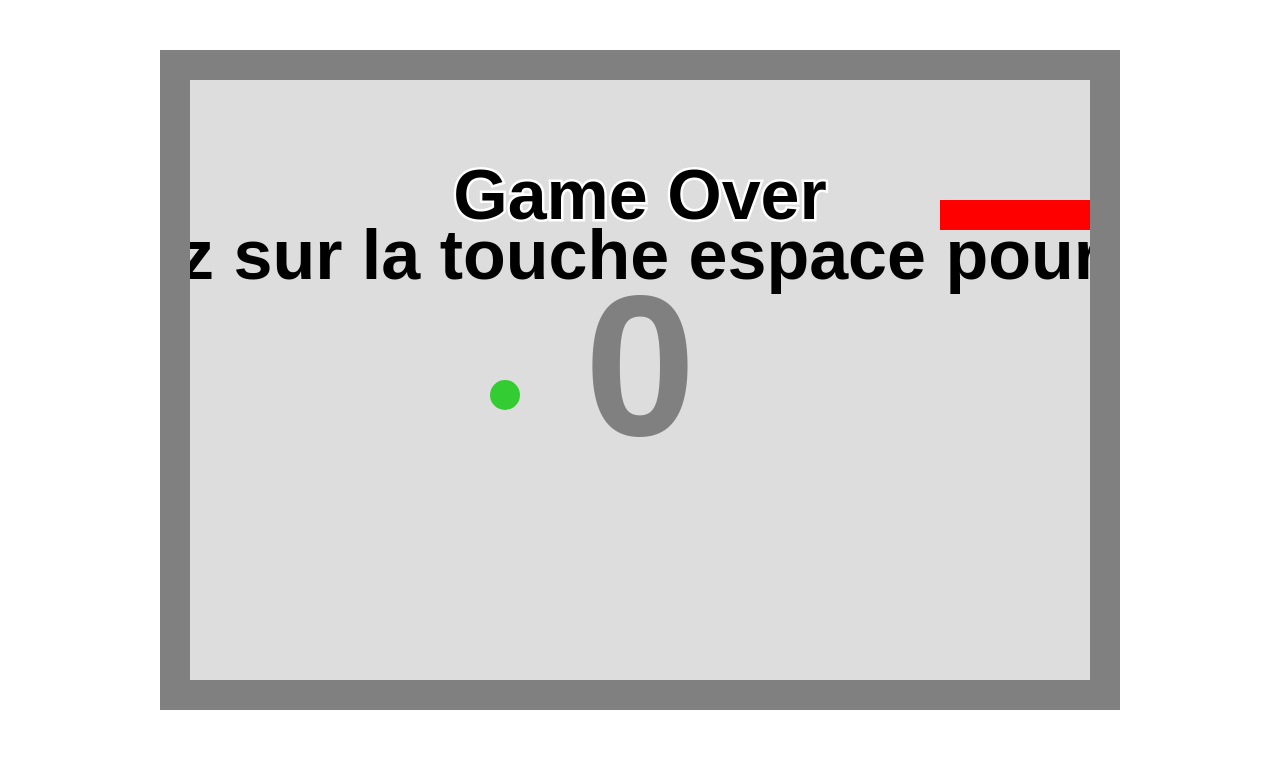
Repository: Loetitia27006/snake
Page: index.html
The author's editor kept a copy of each file at every save. The page is drawn from the files as they stood at one save, then again after the next save.
The browser window is 1280 px wide. The pictures show the whole page.

Above is the page before, as saved 2023-03-24 16:43:29.

### index.html
<!DOCTYPE html>
<html lang="en">
<head>
    <meta charset="UTF-8">
    <meta http-equiv="X-UA-Compatible" content="IE=edge">
    <meta name="viewport" content="width=device-width, initial-scale=1.0">
    <title>Snake Game</title>
</head>
<body>

</body>
<script src="script.js"></script>
</html>

### script.js
window.onload = function () {
  var canvasWidth = 900;
  var canvasHeight = 600;
  var blockSize = 30;
  var ctx;
  var delay = 100;
  var snakee;
  var applee;
  var widthInBlocks = canvasWidth/blockSize;
  var heightInBlocks = canvasHeight/blockSize;
  var score;

  init();

  function init() {
    var canvas = document.createElement("canvas");
    canvas.width = canvasWidth;
    canvas.height = canvasHeight;
    canvas.style.border = "30px solid gray";
    canvas.style.margin = "50px auto";
    canvas.style.display = "block";
    canvas.style.backgroundColor = "#ddd";
    document.body.appendChild(canvas);
    ctx = canvas.getContext("2d");
    snakee = new Snake([[6, 4],[5, 4],[4, 4],[3, 4], [2, 4]], "right");
    applee = new Apple([10, 10]);
    score = 0;
    refreshCanvas();
  }

  function refreshCanvas() {
    snakee.advance();
    if(snakee.checkCollision()){
        gameOver();
    }else{
      if(snakee.isEatingApple(applee)){
        score++;
        snakee.ateApple = true;
        do{
          applee.setNewPosition();
        }while(applee.isOnSnake(snakee))
      }
      ctx.clearRect(0, 0, canvasWidth, canvasHeight);
      drawScore();
      snakee.draw();
      applee.draw();
      setTimeout(refreshCanvas, delay);
    }

  }
  function gameOver(){
    ctx.save();
    ctx.font = "bold 70px sans-serif";
    ctx.fillStyle = "black";
    ctx.textAlign = "center";
    ctx.textBaseline = "middle";
    ctx.strokeStyle = "white";
    ctx.lineWidth = 5;
    centreX = canvasWidth/2;
    centreY = canvasHeight/2;
    ctx.strokeText("Game Over", centreX, centreY - 180);
    ctx.fillText("Game Over", centreX, centreY-180);
    ctx.fillText("Appuyez sur la touche espace pour rejouer",centreX ,centreY-120);

    ctx.restore();
  }

  function restart(){
    snakee = new Snake(
      [
        [6, 4],
        [5, 4],
        [4, 4],
        [3, 4] ,
        [2, 4],
      ],
      "right"
    );
    applee = new Apple([10, 10]);
    score = 0;
    refreshCanvas();
  }

  function drawScore(){
    ctx.save();
    ctx.font = "bold 200px sans-serif";
    ctx.fillStyle = "gray";
    ctx.textAlign = "center";
    ctx.textBaseline = "middle";
    var centreX = canvasWidth/2;
    var centreY = canvasHeight/2;
    ctx.fillText(score.toString(), centreX, centreY);
    ctx.restore();
  }

  function drawBlock(ctx, position){
    var x = position[0] * blockSize;
    var y = position[1] * blockSize;
    ctx.fillRect(x, y, blockSize, blockSize)
  }

  function Snake(body, direction) {
    this.body = body;
    this.direction = direction
    this.ateApple = false;
    this.draw = function () {
      ctx.save();
      ctx.fillStyle = "#ff0000";
      for (var i = 0; i < this.body.length; i++) {
        drawBlock(ctx, this.body[i]);
      }
      ctx.restore();
    };
    this.advance = function () {
        var nextPosition = this.body[0].slice();
        switch (this.direction) {
          case "left":
            nextPosition[0] -= 1;
            break;
          case "right":
            nextPosition[0] += 1;
            break;
          case "down":
            nextPosition[1] += 1;
            break;
          case "up":
            nextPosition[1] -= 1;
            break;
          default:
            throw("Invalid direction" + this.direction);
        }
        this.body.unshift(nextPosition);
        if(!this.ateApple)
          this.body.pop();
        else
          this.ateApple = false;
    };
    this.setDirection= function(newDirection) {
      var allowedDirection;
      switch (this.direction) {
        case "left":
        case "right":
          allowedDirection = ["up", "down"];
          break;
        case "down":
        case "up":
          allowedDirection = ["left", "right"];
          break;
        default:
          throw("invalid direction: " + this.direction);
      }
      if(allowedDirection.indexOf(newDirection)>-1){
        this.direction = newDirection;
      }
    }
    this.checkCollision = function(){
      var wallCollision = false;
      var snakeCollision = false;
      var head = this.body[0];
      var rest = this.body.slice(1);
      var snakeX = head[0];
      var snakeY = head[1];
      var minX = 0;
      var minY = 0;
      var maxX = widthInBlocks - 1;
      var maxY = heightInBlocks - 1;
      var isNotBetweenHorizontalWalls = snakeX < minX || snakeX > maxX;
      var isNotBetweenVerticalWalls = snakeY < minY || snakeY > maxY;

      if(isNotBetweenHorizontalWalls || isNotBetweenVerticalWalls) {
        wallCollision = true;
      }
      for(var i = 0; i < rest.length; i++) {
        if(snakeX === rest[i][0] && snakeY === rest[i][1]) {
          snakeCollision = true;
      }
    }
    return wallCollision || snakeCollision;
  };
  this.isEatingApple = function (appleToEat) {
    var head = this.body[0];
    if (
      head[0] === appleToEat.position[0] &&
      head[1] === appleToEat.position[1]
    ) {
      return true;
    } else {
      return false;
    }
  };
}
  function Apple(position){
    this.position = position;
    this.draw = function(){
      ctx.save();
      ctx.fillStyle = "#33cc33";
      var radius = blockSize/2;
      var x = this.position[0]*blockSize + radius;
      var y = this.position[1]*blockSize + radius;
      ctx.beginPath();
      ctx.arc(x, y, radius, 0, Math.PI*2, true);
      ctx.fill();
      ctx.restore();
    }
    this.setNewPosition = function(){
      var newX = Math.round(Math.random()*(widthInBlocks - 1));
      var newY = Math.round(Math.random()*(heightInBlocks - 1));
      this.position = [newX, newY];
    }
    this.isOnSnake = function(snakeToCheck){
      var isOnSnake = false;
      for(var i=0; i< snakeToCheck.body.length; i++){
        if (this.position[0]=== snakeToCheck.body[i][0] && this.position[1]=== snakeToCheck.body[i][1]){
          isOnSnake = true;
        }
      }
      return isOnSnake;
    }
  }

  document.onkeydown = function handleKeyDown(e) {
    var key = e.keyCode;
    var newDirection;
    switch (key) {
      case 37:
        newDirection = "left";
        break;
      case 38:
        newDirection = "up";
        break;
      case 39:
        newDirection = "right";
        break;
      case 40:
        newDirection = "down";
        break;
      case 32:
        restart();
        return;
      default:
        return;
    }
    snakee.setDirection(newDirection);
  };
};

After the next save:
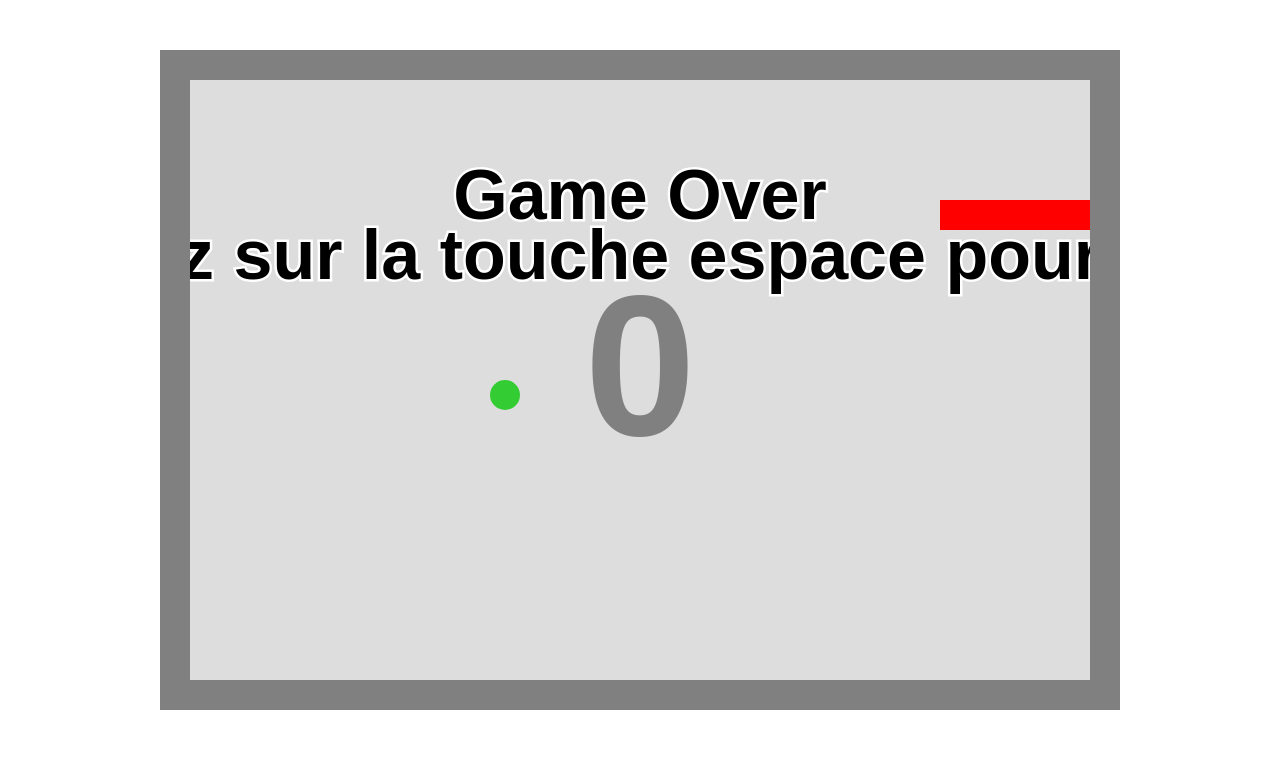
Saved 90 s later.
--- a/script.js
+++ b/script.js
@@ -60,6 +60,11 @@ window.onload = function () {
     centreY = canvasHeight/2;
     ctx.strokeText("Game Over", centreX, centreY - 180);
     ctx.fillText("Game Over", centreX, centreY-180);
+    ctx.strokeText(
+      "Appuyez sur la touche espace pour rejouer",
+      centreX,
+      centreY - 120
+    );
     ctx.fillText("Appuyez sur la touche espace pour rejouer",centreX ,centreY-120);
 
     ctx.restore();
